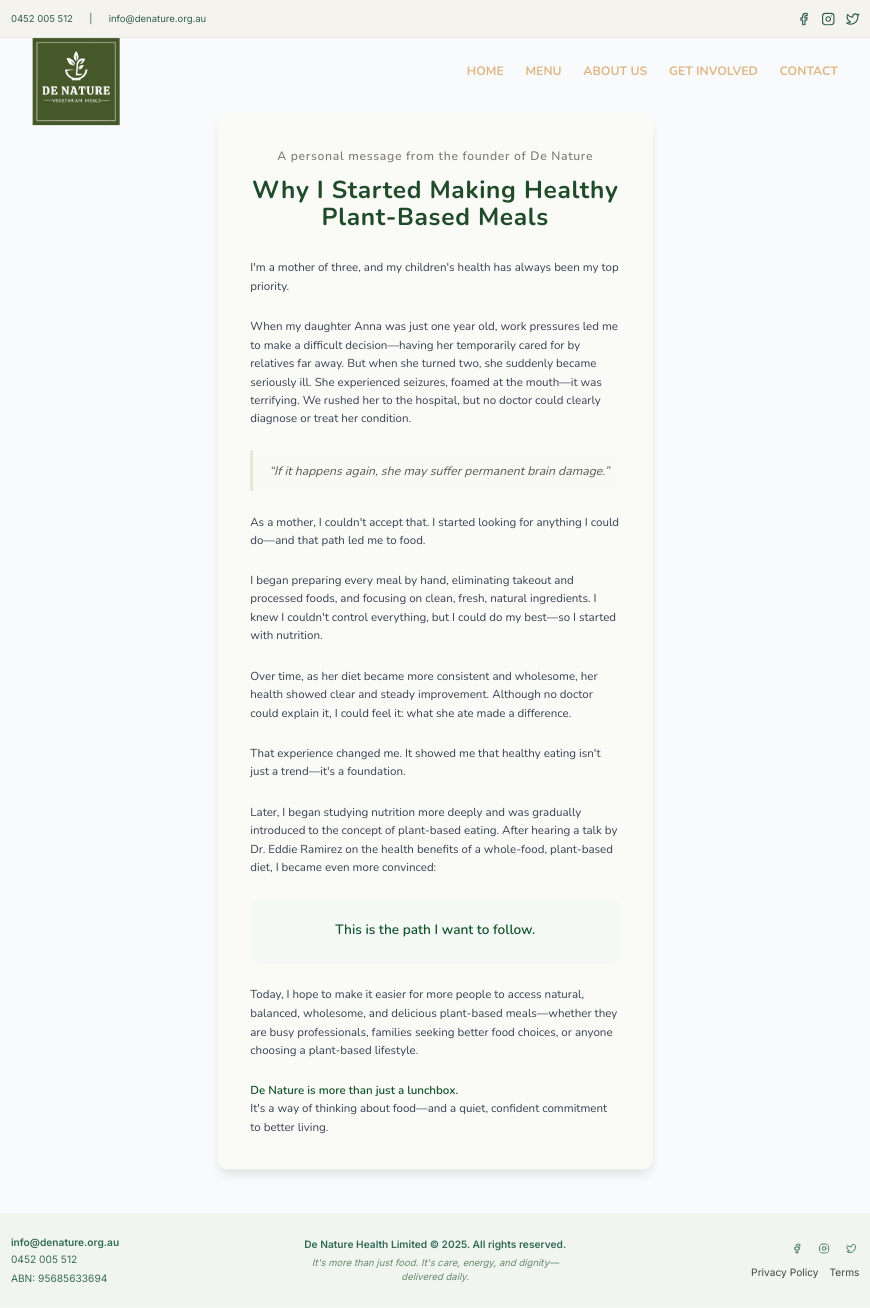
Repository: sunnyyan01/denature-website
Page: /about/messages-from-founder
An editor plug-in stored every save of this project. The page is shown before and after the next save, followed by the edit.
The browser window is 1280 px wide. The pictures show the whole page, at 68% of full size.
The project was rebuilt for these pictures with package versions that can differ from the ones it lists, and the page was loaded fresh each time. The framework's server and built-in components were replaced by stand-ins that run in the browser. Also part of the build but not shown: next.config.js.

Above is the page before, as saved 2025-05-17 08:28:46.

After the next save:
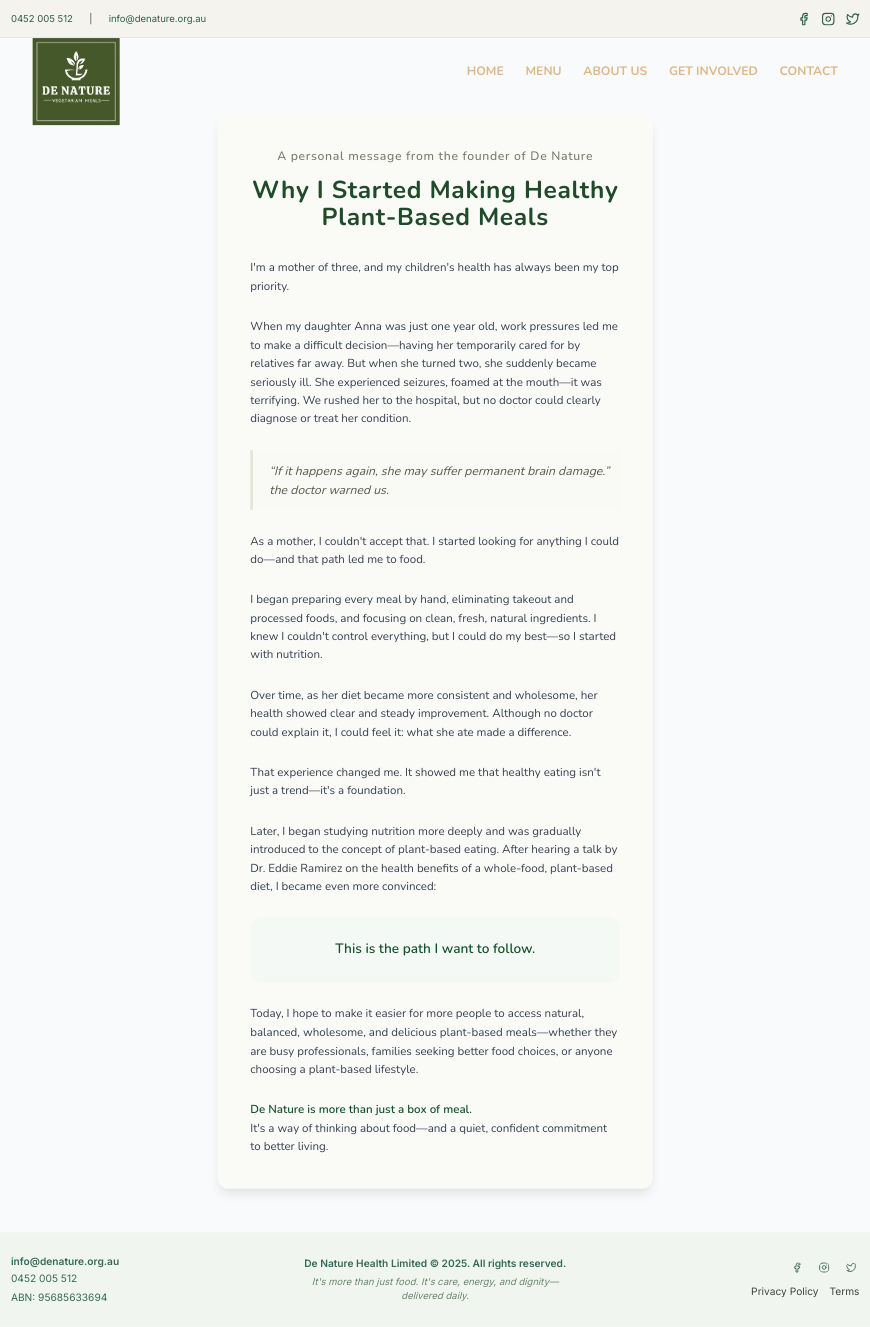
Saved 5 h 42 min later.
--- a/src/app/about/messages-from-founder/page.tsx
+++ b/src/app/about/messages-from-founder/page.tsx
@@ -22,7 +22,7 @@
                 When my daughter Anna was just one year old, work pressures led me to make a difficult decision—having her temporarily cared for by relatives far away. But when she turned two, she suddenly became seriously ill. She experienced seizures, foamed at the mouth—it was terrifying. We rushed her to the hospital, but no doctor could clearly diagnose or treat her condition.
               </p>
               <blockquote className="border-l-4 pl-6 py-4 my-6 bg-[#f9f9f6] text-lg italic text-[#5A5A4A]" style={{ borderColor: '#E6E6D6' }}>
-                “If it happens again, she may suffer permanent brain damage.”
+                “If it happens again, she may suffer permanent brain damage.” the doctor warned us.
               </blockquote>
               <p>
                 As a mother, I couldn't accept that. I started looking for anything I could do—and that path led me to food.
@@ -46,7 +46,7 @@
                 Today, I hope to make it easier for more people to access natural, balanced, wholesome, and delicious plant-based meals—whether they are busy professionals, families seeking better food choices, or anyone choosing a plant-based lifestyle.
               </p>
               <p>
-                <span className="font-semibold text-green-900">De Nature is more than just a lunchbox.</span><br/>
+                <span className="font-semibold text-green-900">De Nature is more than just a box of meal.</span><br/>
                 It's a way of thinking about food—and a quiet, confident commitment to better living.
               </p>
             </div>
